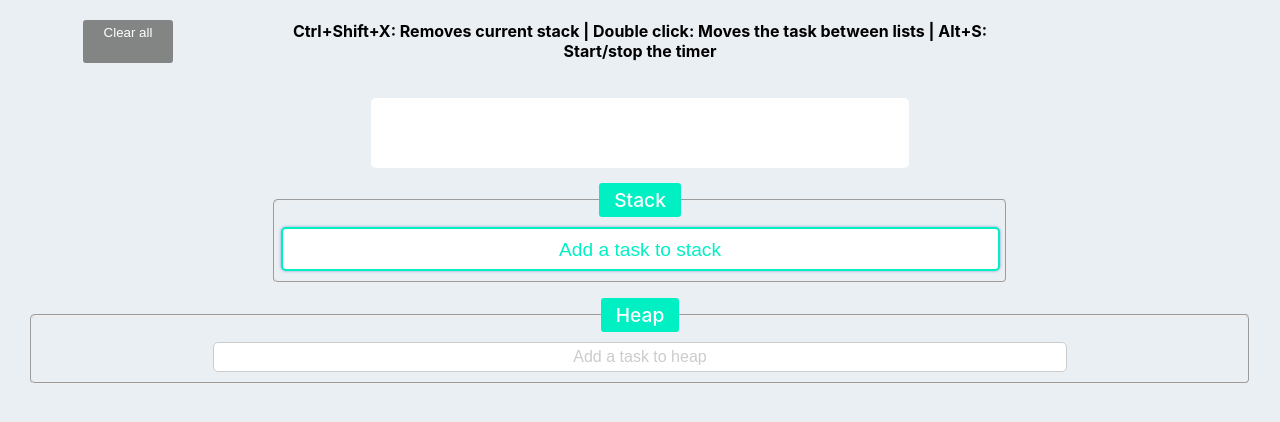
Repository: litalsh/meeting_v1
Page: /
The author's editor kept a copy of each file at every save. The page is drawn from the files as they stood at one save, then again after the next save.
The browser window is 1280 px wide. The pictures show the whole page.
The project was rebuilt for these pictures with package versions that can differ from the ones it lists, and the page was loaded fresh each time. Also part of the build but not shown: src/Task.js.

Above is the page before, as saved 2020-12-13 19:35:11.

### public/index.html
<!DOCTYPE html>
<html lang="en">
  <head>
    <meta charset="utf-8" />
    <meta name="viewport" content="width=device-width, initial-scale=1" />
    <meta name="theme-color" content="#000000" />
    <meta
      name="description"
      content="Web site created using create-react-app"
    />
    <link rel="apple-touch-icon" href="%PUBLIC_URL%/logo192.png" />
    <!--
      manifest.json provides metadata used when your web app is installed on a
      user's mobile device or desktop. See https://developers.google.com/web/fundamentals/web-app-manifest/
    -->
    <link rel="manifest" href="%PUBLIC_URL%/manifest.json" />
    <!--
      Notice the use of %PUBLIC_URL% in the tags above.
      It will be replaced with the URL of the `public` folder during the build.
      Only files inside the `public` folder can be referenced from the HTML.

      Unlike "/favicon.ico" or "favicon.ico", "%PUBLIC_URL%/favicon.ico" will
      work correctly both with client-side routing and a non-root public URL.
      Learn how to configure a non-root public URL by running `npm run build`.
    -->
    <title>Meeting Managment App</title>
  </head>
  <body>
    <noscript>You need to enable JavaScript to run this app.</noscript>
    <div id="root"></div>
    <!--
      This HTML file is a template.
      If you open it directly in the browser, you will see an empty page.

      You can add webfonts, meta tags, or analytics to this file.
      The build step will place the bundled scripts into the <body> tag.

      To begin the development, run `npm start` or `yarn start`.
      To create a production bundle, use `npm run build` or `yarn build`.
    -->
  </body>
</html>

### src/App.js
import React, { useState, useEffect } from "react";
import "./App.css";
import { v4 as uuidv4 } from "uuid";
import Task from "./Task";
import useLocalStorage from './useLocalStorage';

const App = () => {
  const [stack, setStack] = useLocalStorage('stack', []);
  const [heap, setHeap] = useLocalStorage('heap', []);
  const [timer, setTimer] = useState(stack[0] !== undefined ? stack[stack.length - 1].duration * 60 : 0);
  const [isRunning, setIsRunning] = useState(false);

  const newTaskHandler = (event) => {
    if (event.which === 13 && event.target.value !== '') {
      setStack([
        ...stack,
        { id: uuidv4(), type: 'stack', topic: event.target.value, duration: 5 , isDone: false }
      ]);
      event.target.value = '';
    };
  };

  const newHeapHandler = (event) => {
    if (event.which === 13 && event.target.value !== '') {
      setHeap([
        ...heap,
        { id: uuidv4(), type: 'heap', topic: event.target.value, duration: 5, isDone: false }
      ]);
      event.target.value = '';
    };
  };

  const taskRemoveHandler = (id, type) => {
    if(type === 'stack'){
    const taskIndex = stack.findIndex(task => {
      return task.id === id;
    });

    let tempList = [...stack];
    tempList.splice(tempList[taskIndex], 1);
    setStack(tempList);
    if(taskIndex === stack.length - 1 ){
      setIsRunning(false);
      setTimer(stack[stack.length - 1].duration * 60);
    }
  };
    if(type === 'heap'){
      const taskIndex = heap.findIndex(task => {
        return task.id === id;
      });

      let tempList = [...heap];
      tempList.splice(tempList[taskIndex], 1);
      setHeap(tempList)
    };
    return console.log('taskRmoveHandler: ', stack);

  }

  const keyboardRemoveHandler = (e) => {

    if (e.ctrlKey && e.shiftKey && e.which === 88) {
      let tempStack = [...stack];
      tempStack.splice(tempStack.length - 1, 1);
      setStack(tempStack);
      setIsRunning(false);
      setTimer(stack[stack.length - 1].duration * 60);
    }
  }

  const keyboardStartTimerHandler = (e) => {
    if (e.altKey && e.which === 83) {
      !isRunning ? setIsRunning(true) : setIsRunning(false) ;
    }
  }

  useEffect(() => {
    if (document){
      document.addEventListener('keydown', keyboardRemoveHandler);
    }
    return () => {
      document.removeEventListener('keydown', keyboardRemoveHandler);
    }
  }, [stack]);

  useEffect(() => {
    if (document){
      document.addEventListener('keydown', keyboardStartTimerHandler);
      if(isRunning) {
        const id = window.setInterval(() => {
          setTimer(timer => timer-1);
        }, 1000);
        return () => window.clearInterval(id);
      }
    }
    return () => {
      document.removeEventListener('keydown', keyboardStartTimerHandler);
    }
  }, [isRunning])

  // const keyboardCangeListHandler = (e, id, type) => {

  //   if (e.ctrlKey && e.which === 77) {
  //     changeListHandler(id, type);
  //   }
  // }

  const changeListHandler = (id, type) => {
    // move task from stack to heap
    if (type === 'stack') {
      const taskIndex = stack.findIndex(task => {
        return task.id === id;
      });
      setHeap([...heap, { id: stack[taskIndex].id, type: 'heap', topic: stack[taskIndex].topic, duration: stack[taskIndex].duration, isDone: false }]);

      let tempStack = [...stack];
      tempStack.splice(taskIndex, 1);
      setStack(tempStack);
      console.log('change to heap ', stack, '  ', heap)
    };

    // move task from heap to stack
    if (type === 'heap') {
      const taskIndex = heap.findIndex(task => {
        return task.id === id;
      });
      setStack([...stack, { id: heap[taskIndex].id, type: 'stack', topic: heap[taskIndex].topic, duration: heap[taskIndex].duration, isDone: false }]);

      let tempHeap = [...heap];
      tempHeap.splice(taskIndex, 1);
      setHeap(tempHeap);
      console.log('change to stack ', stack, '  ', heap)
    };
  }

  const clearListsHandler = () => {
    setHeap([]);
    setStack([]);
  }

  return (
    <div className="container">
      <button className='clear-btn' onClick={() => clearListsHandler()}>Clear all</button>
      <h4>Ctrl+Shift+X: Removes current stack  |  Double click: Moves the task between lists  |  Alt+S: Start/stop the timer</h4>
      {stack[0] !== undefined ?  <span className="timer">{Math.floor(timer / 60)}:{Math.abs(timer % 60)}</span> : null}
      <div className="current-task">
        <h1>{stack[0] !== undefined ? stack[stack.length - 1].topic : null}</h1>
      </div>
      <fieldset className="task-list stack-list">
      <legend>Stack</legend>
        <ul>
          <>
            {console.log('1', stack)}
            {stack[0] !== undefined ? stack.map((task, id) => (
              <Task title={task.topic}
                key={id}
                remove={() => taskRemoveHandler(task.id, task.type)}
                move={() => changeListHandler(task.id, task.type)}
                class={"stack_item"}
                 />
            )) : null}
          </>
        </ul>
        <input type="text" placeholder="Add a task to stack" onKeyDown={newTaskHandler} className='stack-input'  autoFocus aria-flowto='heap-input' />
      </fieldset>

      <fieldset className="task-list heap-list">
        <legend>Heap</legend>
        <input type="text" placeholder="Add a task to heap" onKeyDown={newHeapHandler} className='heap-input'  aria-flowto='stack-input' />
        <ul className="heap-list">
          <>
            {console.log('2', heap)}
            {heap[0] !== undefined ? heap.map((task, id) => (
              <Task title={task.topic}
                key={id}
                remove={() => taskRemoveHandler(task.id, task.type)}
                move={() => changeListHandler(task.id, task.type)}
                class={"heap_item"}/>
            )) : null}
          </>
        </ul>
      </fieldset>
    </div>
  );
};

export default App;

### src/App.css
body{
 background-color:  #eaeff4;
}

h4 {
  text-align: center;
  grid-column: 2/5;
}

.container {
  display: grid;
  grid-template-columns: 20% 20% 20% 20% 20%;
}

.timer {
  grid-column: 1/6;

}

.current-task {
  text-align: center;
  height: 70px;
  grid-column: 2/5;
  width: 70%;
  background: #fff;
  margin: 15px auto;
  border-radius: 5px;
  display: flex;
  align-items: center;
  flex-direction: column;
  justify-content: center;
}

.task-list {
  display: flex;
  flex-direction: column;
  align-self: start;
  border-radius: 5px;
  min-height: 4rem;
  padding: 5px 0;
  width: 95%;
  margin: 0 auto;
 }

 .stack-list {
   display: flex;
   flex-direction: column-reverse;
   grid-column: 2/5;
 }

 .heap-list {
  display: flex;
  flex-direction: row;
  flex-flow: wrap;
  justify-content: space-evenly;
  grid-column: 1/6;
  margin-top: 15px;
 }

 legend {
  margin: 0 auto;
  font-size: 1.2rem;
  font-weight: 500;
  background-color: #00f0c4;
  padding: 5px 15px;
  color: #fff;
  border-radius: 3px;
 }

ul {
  list-style-type: none;
  margin: 0;
  padding: 0;
}

li {
  border: 1px solid AliceBlue;
  width: 70%;
  line-height: 40px;
  margin: -1px auto;
  position: relative;
  background-color: #fff;
  cursor: pointer;
}

.stack_item {
  width: 98%;
  line-height: 40px;
  margin: 3px auto;
  position: relative;
  text-align: center;
  border-radius: 5px;
}

.heap_item {
  width: 20%;
  line-height: 1.8em;
  margin: 3px auto;
  position: relative;
  text-align: center;
  border-radius: 5px;
  font-size: 1rem;
}

.stack-input {
  border: 2px solid #00f0c4;
  width: 98%;
  line-height: 40px;
  margin: 5px auto;
  position: relative;
  text-align: center;
  border-radius: 5px;
  font-size: 1.3rem;
  padding: 0;
}

.heap-input {
  border: 1px solid #ccc;
  width: 70%;
  line-height: 1.8em;
  margin: 5px auto;
  position: relative;
  text-align: center;
  border-radius: 5px;
  font-size: 1rem;
  padding: 0;
}

.stack-input::placeholder{
  color: #00f0c4;
  font-size: 1.2rem;
}

.heap-input::placeholder{
  color: #ccc;
  font-size: 1rem;
}

.stack-input:focus {
  outline: none !important;
  border: 2px solid #00f0c4;
  box-shadow: 0 0 3px #719ECE;
}

.remove {
  width: 1.5vw;
  height: 1.5vw;
  position: absolute;
  top: 50%;
  right: 10px;
  transform: translateY(-50%);
  border-radius: 50%;
  border: none;
  font-weight: bold;
  color: gray;
  cursor: pointer;
  font-size: 0.8rem;
}

.clear-btn {
  display: flex;
  grid-column: 1/2;
  width: 35%;
  margin: 20px auto;
  justify-content: center;
  border: none;
  background-color: #828584;
  padding: 5px 15px;
  color: #fff;
  border-radius: 3px;
}

### src/useLocalStorage.js
import React, { useState, useEffect } from "react";

const PREFIX = 'meeting-manament-';


const useLocalStorage = (key, initialValue) => {
  const prefixedKey = PREFIX + key
  const [value, setValue] = useState(() => {
    const jsonValue = localStorage.getItem(prefixedKey)
    if (jsonValue != null) return JSON.parse(jsonValue)
    if (typeof initialValue === 'function') {
      return initialValue()
    } else {
      return initialValue
    }
  })

  useEffect(() => {
    localStorage.setItem(prefixedKey, JSON.stringify(value))
  }, [prefixedKey, value])

  return [value, setValue]
}


export default useLocalStorage;

Loaded but not shown: src/index.js (common file); src/index.css (common file); src/reportWebVitals.js (common file)

After the next save:
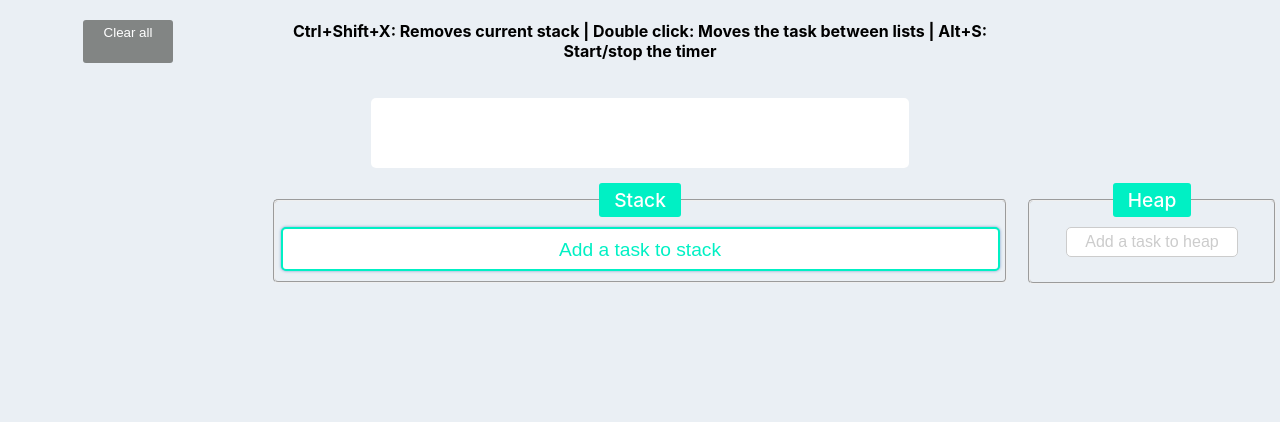
Saved 3 min 43 s later.
--- a/src/App.js
+++ b/src/App.js
@@ -164,7 +164,7 @@ const App = () => {
         <input type="text" placeholder="Add a task to stack" onKeyDown={newTaskHandler} className='stack-input'  autoFocus aria-flowto='heap-input' />
       </fieldset>
 
-      <fieldset className="task-list heap-list">
+      <fieldset className="task-list heap-list-container">
         <legend>Heap</legend>
         <input type="text" placeholder="Add a task to heap" onKeyDown={newHeapHandler} className='heap-input'  aria-flowto='stack-input' />
         <ul className="heap-list">
